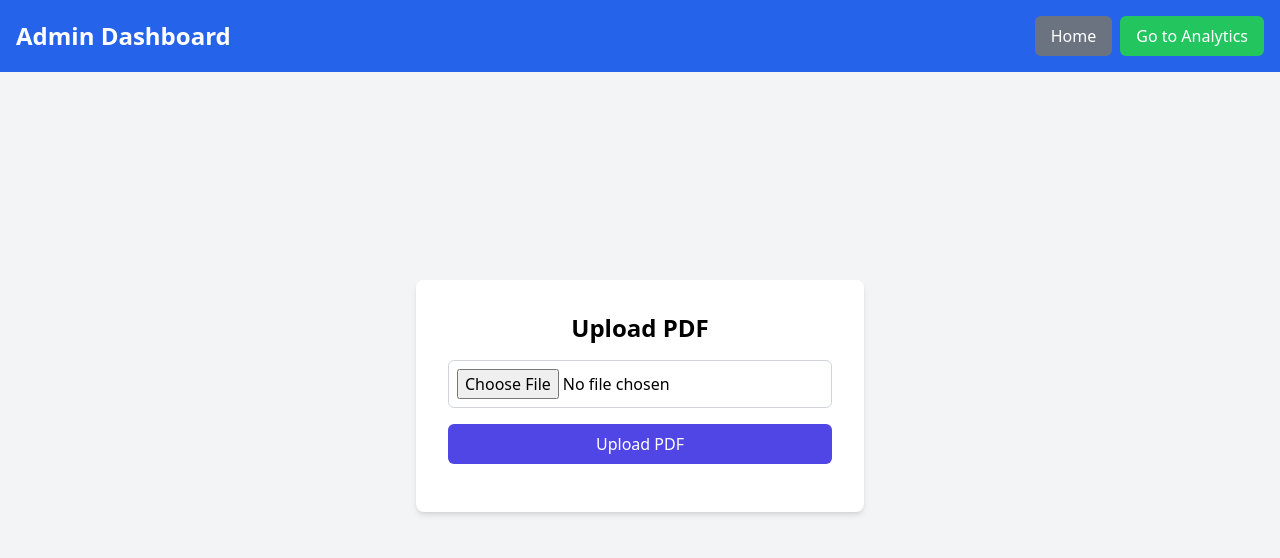
Repository: HackRx50/PS6-3k1P
Page: /admin (app in frontend/)
The author's editor kept a copy of each file at every save. The page is drawn from the files as they stood at one save, then again after the next save.
The browser window is 1280 px wide. The pictures show the whole page.
The project was rebuilt for these pictures with package versions that can differ from the ones it lists, and the page was loaded fresh each time. Also part of the build but not shown: frontend/vite.config.js, frontend/src/pages/User.jsx, frontend/src/components/Navbar.jsx, frontend/src/App.jsx, frontend/src/pages/Quiz.jsx.

Above is the page before, as saved 2024-09-19 23:41:34.

After the next save:
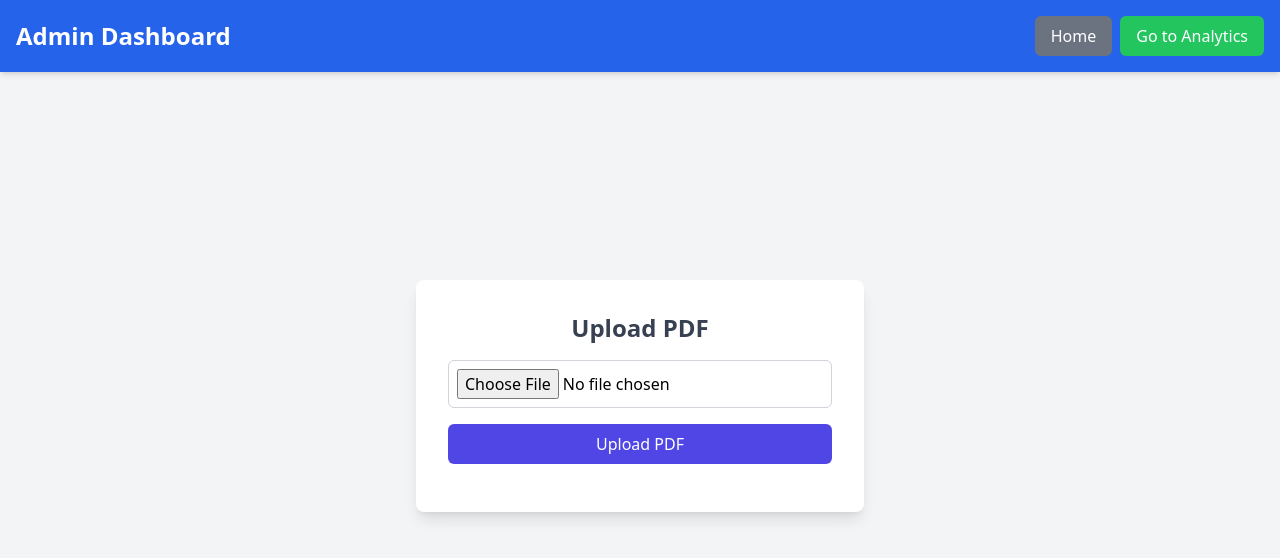
Saved 47 s later.
--- a/frontend/src/pages/Admin.jsx
+++ b/frontend/src/pages/Admin.jsx
@@ -45,19 +45,19 @@ function Admin() {
 
   return (
     <div className="min-h-screen flex flex-col bg-gray-100">
-      <nav className="bg-blue-600 p-4">
+      <nav className="bg-blue-600 p-4 shadow-md">
         <div className="container mx-auto flex justify-between items-center">
           <h1 className="text-white text-2xl font-bold">Admin Dashboard</h1>
           <div>
             <button
               onClick={navigateToHome}
-              className="px-4 py-2 bg-gray-500 text-white rounded-md mr-2"
+              className="px-4 py-2 bg-gray-500 text-white rounded-md mr-2 hover:bg-gray-600 transition duration-300"
             >
               Home
             </button>
             <button
               onClick={navigateToAnalytics}
-              className="px-4 py-2 bg-green-500 text-white rounded-md"
+              className="px-4 py-2 bg-green-500 text-white rounded-md hover:bg-green-600 transition duration-300"
             >
               Go to Analytics
             </button>
@@ -66,26 +66,26 @@ function Admin() {
       </nav>
 
       <div className="flex-grow flex flex-col items-center justify-center p-6">
-        <div className="bg-white shadow-md rounded-lg p-8 w-full max-w-md">
-          <h2 className="text-2xl font-bold mb-4 text-center">Upload PDF</h2>
+        <div className="bg-white shadow-lg rounded-lg p-8 w-full max-w-md">
+          <h2 className="text-2xl font-bold mb-4 text-center text-gray-700">Upload PDF</h2>
 
           <div className="mb-4">
             <input
               type="file"
               accept="application/pdf"
               onChange={handleFileChange}
-              className="w-full p-2 border border-gray-300 rounded-md"
+              className="w-full p-2 border border-gray-300 rounded-md focus:outline-none focus:ring-2 focus:ring-blue-500"
             />
           </div>
 
           <button
             onClick={handleUpload}
-            className="w-full px-4 py-2 bg-indigo-600 text-white rounded-md mb-4"
+            className="w-full px-4 py-2 bg-indigo-600 text-white rounded-md mb-4 hover:bg-indigo-700 transition duration-300"
           >
             Upload PDF
           </button>
 
-          {uploadStatus && <p className="mt-4 text-center">{uploadStatus}</p>}
+          {uploadStatus && <p className="mt-4 text-center text-gray-600">{uploadStatus}</p>}
         </div>
       </div>
     </div>
